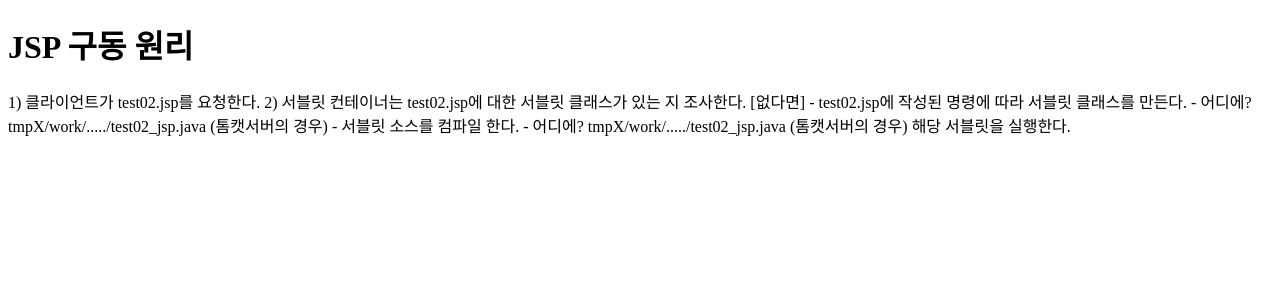
Repository: soso1525/bitcamp
Page: http://localhost/java-web/jsp_exams/ex1/test02.jsp
The author's editor kept a copy of each file at every save. The page is drawn from the files as they stood at one save, then again after the next save.
The browser window is 1280 px wide. The pictures show the whole page.
The page is served by Tomcat 9. Nobody is signed in. The application's start-up code is not run.

Above is the page before, as saved 2017-12-14 05:36:56.

After the next save:
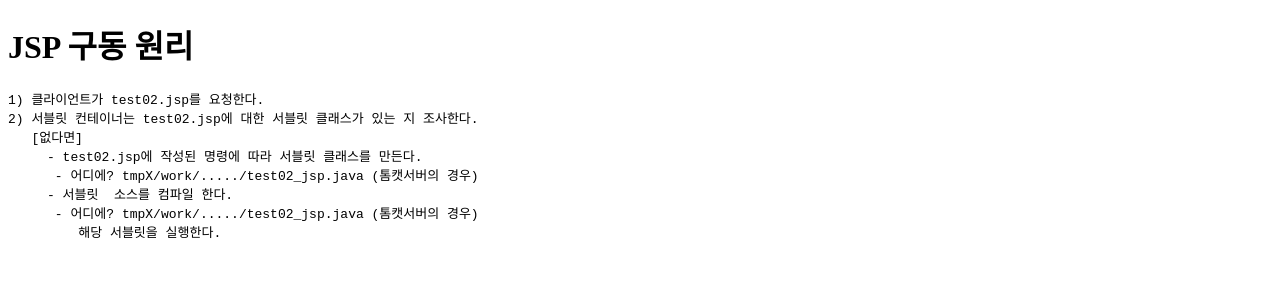
Saved 11 s later.
--- a/workspace/java-web/src/main/webapp/jsp_exams/ex1/test02.jsp
+++ b/workspace/java-web/src/main/webapp/jsp_exams/ex1/test02.jsp
@@ -8,7 +8,7 @@
 </head>
 <body>
 <h1>JSP 구동 원리</h1>
-<p>
+<pre>
 1) 클라이언트가 test02.jsp를 요청한다.
 2) 서블릿 컨테이너는 test02.jsp에 대한 서블릿 클래스가 있는 지 조사한다.
    [없다면]
@@ -17,6 +17,6 @@
      - 서블릿  소스를 컴파일 한다.
       - 어디에? tmpX/work/...../test02_jsp.java (톰캣서버의 경우)
          해당 서블릿을 실행한다.
-</p>
+</pre>
 </body>
 </html>
